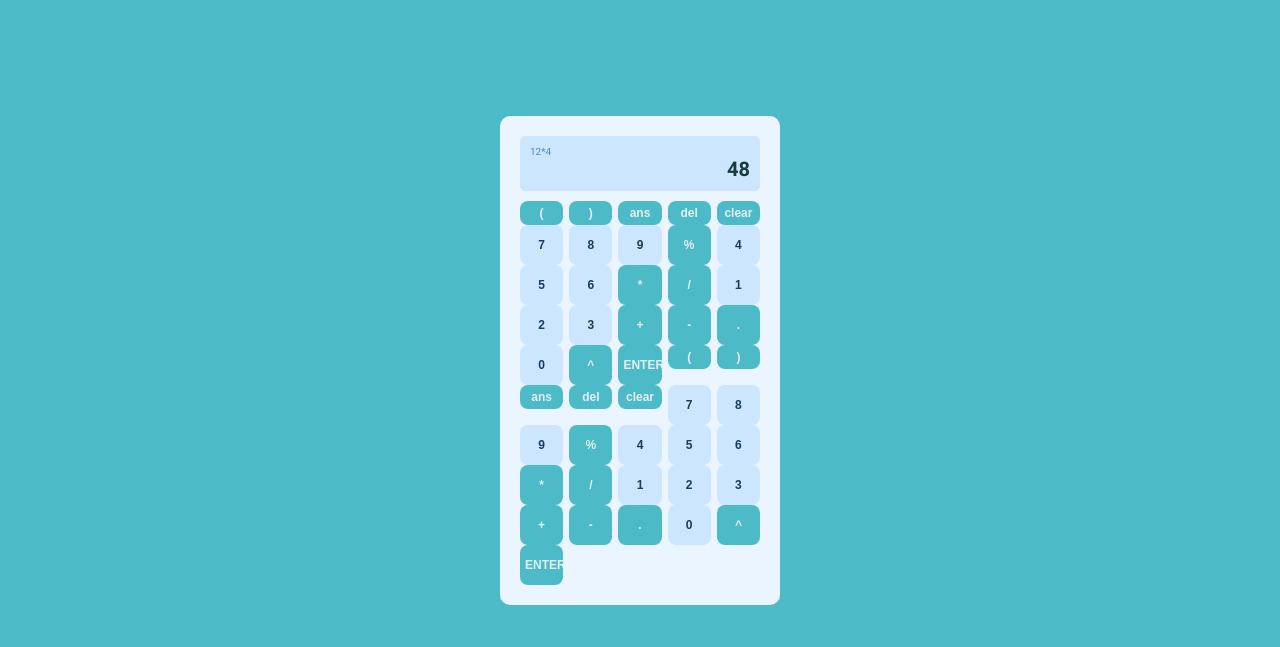
Repository: Herinyhert/Calculate-infix-a-postfix
Page: index.html
The author's editor kept a copy of each file at every save. The page is drawn from the files as they stood at one save, then again after the next save.
The browser window is 1280 px wide. The pictures show the whole page.

Above is the page before, as saved 2023-11-02 19:39:42.

### index.html
<html lang="en">
  <head>
    <meta charset="UTF-8" />
    <meta http-equiv="X-UA-Compatible" content="IE=edge" />
    <meta name="viewport" content="width=device-width, initial-scale=1.0" />
    <title>Calculator</title>
    <link rel="preconnect" href="https://fonts.googleapis.com" />
    <link rel="preconnect" href="https://fonts.gstatic.com" crossorigin />
    <link
      href="https://fonts.googleapis.com/css2?family=Roboto:wght@300;400;500;700&display=swap"
      rel="stylesheet"
    />
    <link rel="stylesheet" href="css/index.css" />
  </head>
  <body>
    <div class="caculate-container">
      <div class="calculator-result-preview">
        <div id="operation">12*4</div>
        <div id="operation-result">48</div>
      </div>
      <div id="calculator-buttons"></div>
    </div>
    <script src="js/index.js" type="module"></script>
  </body>
</html>

### css/index.css
body {
  display: flex;
  justify-content: center;
  align-items: center;
  min-height: 100vh;
  background-color: #4dbac8;
  box-sizing: border-box;
  margin: 0;
  padding: 0;
  font-family: "Roboto", sans-serif;
}
.caculate-container {
  background-color: #ebf5ff;
  padding: 20px;
  border-radius: 10px;
  width: 240px;
}
.calculator-result-preview {
  background-color: #cce6ff;
  width: auto;
  border-radius: 5px;
  padding: 10px;
}
#operation {
  color: #4f8ac5;
  font-size: 10px;
}
#operation-result {
  color: #173c3d;
  font-size: 20px;
  font-weight: bold;
  display: flex;
  justify-content: flex-end;
}
#calculator-buttons {
  display: flex;
  justify-content: space-between;
  margin-top: 10px;
  flex-wrap: wrap;
}
.button {
  background-color: #cce6ff;
  padding: 5px;
  border-radius: 8px;
  width: 18%;
  height: 40px;
  border: 0;
  color: #193c60;
  font-weight: bold;
  font-size: 12px;
}
.dark {
  background-color: #4dbac8;
  color: #e4eef0;
}
.small {
  height: 30%;
}

### js/index.js
import { buttons } from './buttons.js';
const buttonContainer = document.getElementById('calculator-buttons');
buttons.forEach(button => {
    const buttonElement = document.createElement('button');
    buttonElement.className = button.className;
    buttonElement.innerText = button.value.toString();
    buttonContainer.appendChild(buttonElement);
});

### js/buttons.js
import { calculate } from "./calculator.js";
let operation = "";
const operationContainer = document.getElementById("operation");
const operationResult = document.getElementById("operation-result");
const buttonContainer = document.getElementById("calculator-buttons");
function addValue(value) {
    operation += value;
    operationContainer.innerHTML = operation;
}
function handleCalculate(operation) {
    operationResult.innerHTML = calculate(operation).toString();
}
function handleClear() {
    operation = "";
    operationContainer.innerHTML = "";
    operationResult.innerHTML = "0";
}
function handleDelete() {
    operation = operation.slice(0, operation.length - 1);
    operationContainer.innerHTML = operation;
}
export const buttons = [
    {
        value: "(",
        className: "button small dark",
        action: addValue,
    },
    {
        value: ")",
        className: "button small dark",
        action: addValue,
    },
    {
        value: "ans",
        className: "button small dark",
        action: addValue,
    },
    {
        value: "del",
        className: "button small dark",
        action: handleDelete,
    },
    {
        value: "clear",
        className: "button small dark",
        action: handleClear,
    },
    {
        value: "7",
        className: "button",
        action: addValue,
    },
    {
        value: "8",
        className: "button",
        action: addValue,
    },
    {
        value: "9",
        className: "button",
        action: addValue,
    },
    {
        value: "%",
        className: "button dark large",
        action: addValue,
    },
    //   {
    //     value: "√",
    //     className: "button dark",
    //     action: addValue,
    //   },
    {
        value: "4",
        className: "button",
        action: addValue,
    },
    {
        value: "5",
        className: "button",
        action: addValue,
    },
    {
        value: "6",
        className: "button",
        action: addValue,
    },
    {
        value: "*",
        className: "button dark",
        action: addValue,
    },
    {
        value: "/",
        className: "button dark",
        action: addValue,
    },
    {
        value: "1",
        className: "button",
        action: addValue,
    },
    {
        value: "2",
        className: "button",
        action: addValue,
    },
    {
        value: "3",
        className: "button",
        action: addValue,
    },
    {
        value: "+",
        className: "button dark",
        action: addValue,
    },
    {
        value: "-",
        className: "button dark",
        action: addValue,
    },
    {
        value: ".",
        className: "button dark",
        action: addValue,
    },
    {
        value: "0",
        className: "button",
        action: addValue,
    },
    {
        value: "^",
        className: "button dark",
        action: addValue,
    },
    {
        value: "ENTER",
        className: "button dark large",
        action: handleCalculate,
    },
];
buttons.forEach((button) => {
    const buttonElement = document.createElement("button");
    buttonElement.className = button.className;
    buttonElement.innerText = button.value.toString();
    if (button.value === "ENTER") {
        buttonElement.addEventListener("click", () => button.action(operation));
    }
    else {
        buttonElement.addEventListener("click", () => button.action(button.value.toLocaleString()));
    }
    buttonContainer === null || buttonContainer === void 0 ? void 0 : buttonContainer.appendChild(buttonElement);
});

### js/calculator.js
import { OPERATORS } from "./enums/operators.js";
const OPERAND_STACK = [];
const OPERATOR_STACK = [];
function isOperator(operator) {
    return (operator === OPERATORS.POW ||
        operator === OPERATORS.MINUS ||
        operator === OPERATORS.PLUS ||
        operator === OPERATORS.MULTIPLY ||
        operator === OPERATORS.DIVIDE ||
        operator === OPERATORS.MODULE);
}
function getProcedence(operator) {
    if (operator === OPERATORS.POW) {
        return 3;
    }
    else if (operator === OPERATORS.MULTIPLY ||
        operator === OPERATORS.DIVIDE ||
        operator === OPERATORS.MODULE) {
        return 2;
    }
    else if (operator === OPERATORS.PLUS || operator === OPERATORS.MINUS) {
        return 1;
    }
    return -1;
}
const action = {
    [OPERATORS.DIVIDE]: (leftNumber, rightNumber) => rightNumber / leftNumber,
    [OPERATORS.PLUS]: (leftNumber, rightNumber) => leftNumber + rightNumber,
    [OPERATORS.MINUS]: (leftNumber, rightNumber) => rightNumber - leftNumber,
    [OPERATORS.MULTIPLY]: (leftNumber, rightNumber) => leftNumber * rightNumber,
    [OPERATORS.MODULE]: (leftNumber, rightNumber) => leftNumber % rightNumber,
    [OPERATORS.POW]: (leftNumber, rightNumber) => Math.pow(leftNumber, rightNumber),
};
function calculateOperation() {
    const leftSideNumber = OPERATOR_STACK.pop(); //2
    const operation = OPERAND_STACK.pop(); //+
    const rightSideNumber = OPERATOR_STACK.pop(); //2
    return action[operation](leftSideNumber, rightSideNumber);
}
function evaluateExpression(expression) {
    for (let i = 0; i < expression.length; i++) {
        let currentOperation = expression[i];
        if (!isNaN(Number(currentOperation))) {
            let currentNumber = "";
            while (!isNaN(Number(currentOperation))) {
                currentNumber = `${currentNumber}${currentOperation}`;
                i++;
                if (i < expression.length) {
                    currentOperation = expression.charAt(i);
                }
                else {
                    break;
                }
            }
            i--;
            OPERATOR_STACK.push(Number(currentNumber));
        }
        else if (currentOperation === "(") {
            OPERAND_STACK.push(currentOperation);
        }
        else if (currentOperation === ")") {
            while (OPERAND_STACK[OPERAND_STACK.length - 1] !== "(") {
                const output = calculateOperation();
                OPERATOR_STACK.push(output);
            }
            OPERAND_STACK.pop();
        }
        else if (isOperator(currentOperation)) {
            while (OPERAND_STACK.length !== 0 &&
                getProcedence(currentOperation) <=
                    getProcedence(OPERAND_STACK[OPERAND_STACK.length - 1])) {
                const output = calculateOperation();
                OPERATOR_STACK.push(output);
            }
            OPERAND_STACK.push(currentOperation);
        }
    }
    while (OPERAND_STACK.length !== 0) {
        const output = calculateOperation();
        OPERATOR_STACK.push(output);
    }
    return OPERATOR_STACK.pop();
}
export function calculate(operation) {
    return evaluateExpression(operation);
}

### js/enums/operators.js
export var OPERATORS;
(function (OPERATORS) {
    OPERATORS["PLUS"] = "+";
    OPERATORS["MINUS"] = "-";
    OPERATORS["MULTIPLY"] = "*";
    OPERATORS["DIVIDE"] = "/";
    OPERATORS["SQUARE_ROOT"] = "\u221A";
    OPERATORS["MODULE"] = "%";
    OPERATORS["POW"] = "^";
})(OPERATORS || (OPERATORS = {}));

After the next save:
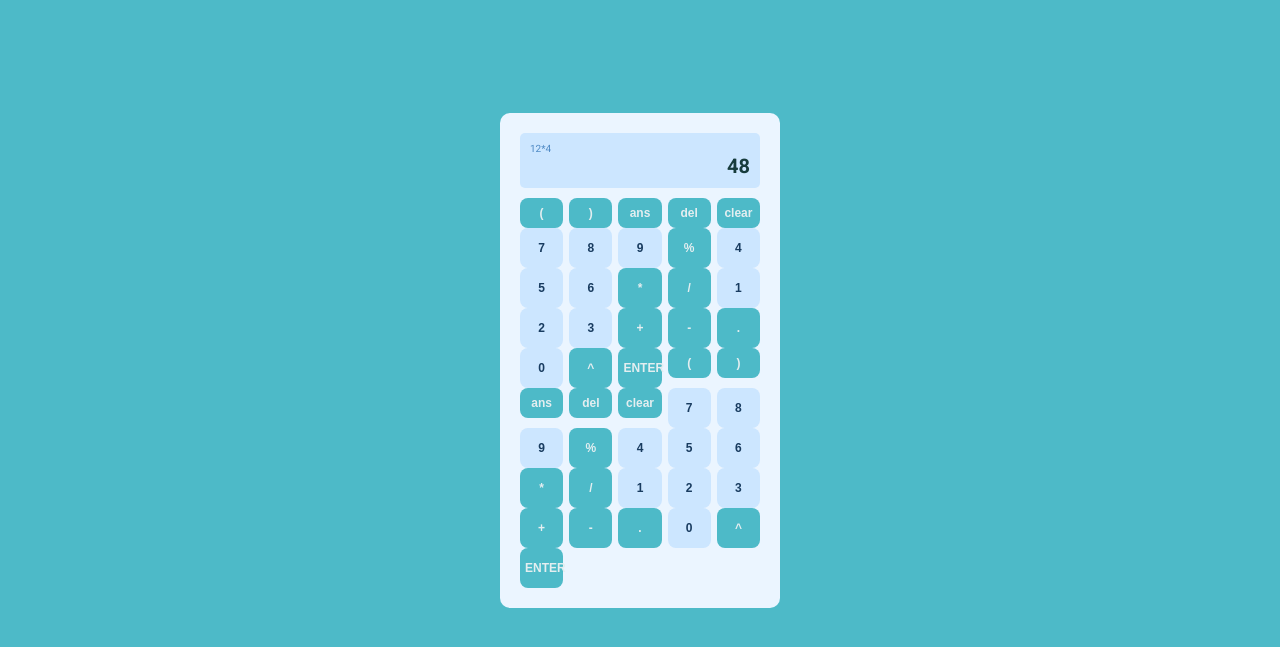
Saved 12 min 7 s later.
--- a/css/index.css
+++ b/css/index.css
@@ -54,5 +54,5 @@ body {
   color: #e4eef0;
 }
 .small {
-  height: 30%;
+  height: 30px;
 }
